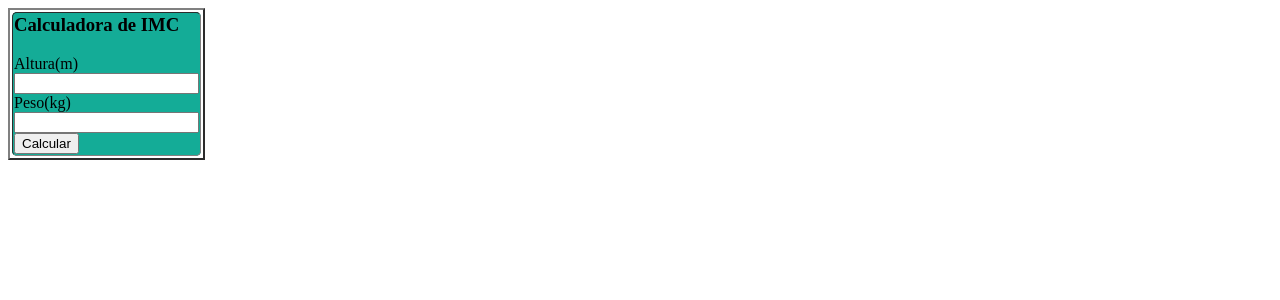
Repository: Patriciamativi/Projetos
Page: index.html
The author's editor kept a copy of each file at every save. The page is drawn from the files as they stood at one save, then again after a run of saves.
The browser window is 1280 px wide. The pictures show the whole page.

Above is the page before, as saved 2022-11-21 14:38:09.

### index.html
<html>
    <head>
        <title>Calculadora de IMC</title>
        <meta charset="utf-8"/>

        <style type="text/css">
            tr {
                background-color: rgb(20, 172, 151);

            }
            td {
             order: 2px solid green;
                border-radius: 5px;
                background-color: rgb(20, 172, 151);
            }
        </style>
    </head>
<table border="2">
    <body>
         <tr>
            <td><h3>Calculadora de IMC</h3>
            Altura(m)<br/>
            <input type: "number" > </br>
            Peso(kg)<br/>
            <input type: "number" > </br>
            <input type= "submit" value="Calcular"></td></tr>

    </table>
</body>
</html>

After the next 2 saves:
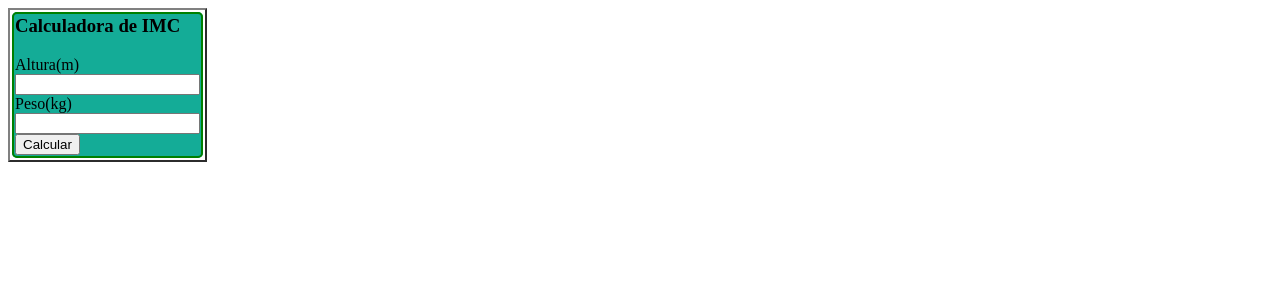
The 2 saves are shown as one change because they came seconds apart.
The last was saved 5 s later.
--- a/index.html
+++ b/index.html
@@ -9,7 +9,7 @@
 
             }
             td {
-             order: 2px solid green;
+                border: 2px solid green;
                 border-radius: 5px;
                 background-color: rgb(20, 172, 151);
             }
